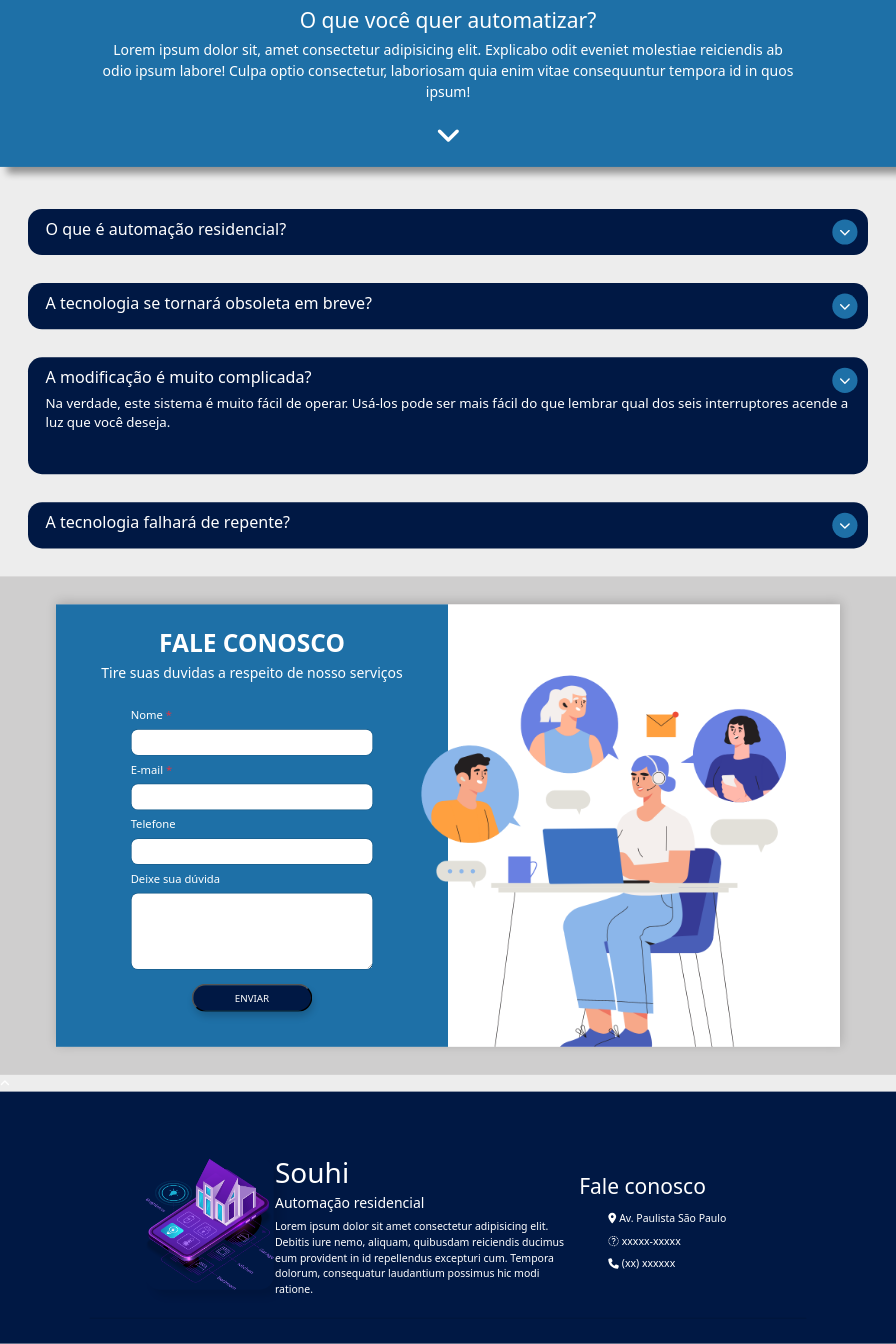
Repository: BulleST/SouHi_Institucional
Page: index.html
The author's editor kept a copy of each file at every save. The page is drawn from the files as they stood at one save, then again after the next save.
The browser window is 1280 px wide. The pictures show the part of the page from y = 1538 to 3458 px (the page is 3458 px tall), at 70% of full size.

Above is the page before, as saved 2022-11-04 16:12:07.

After the next save:
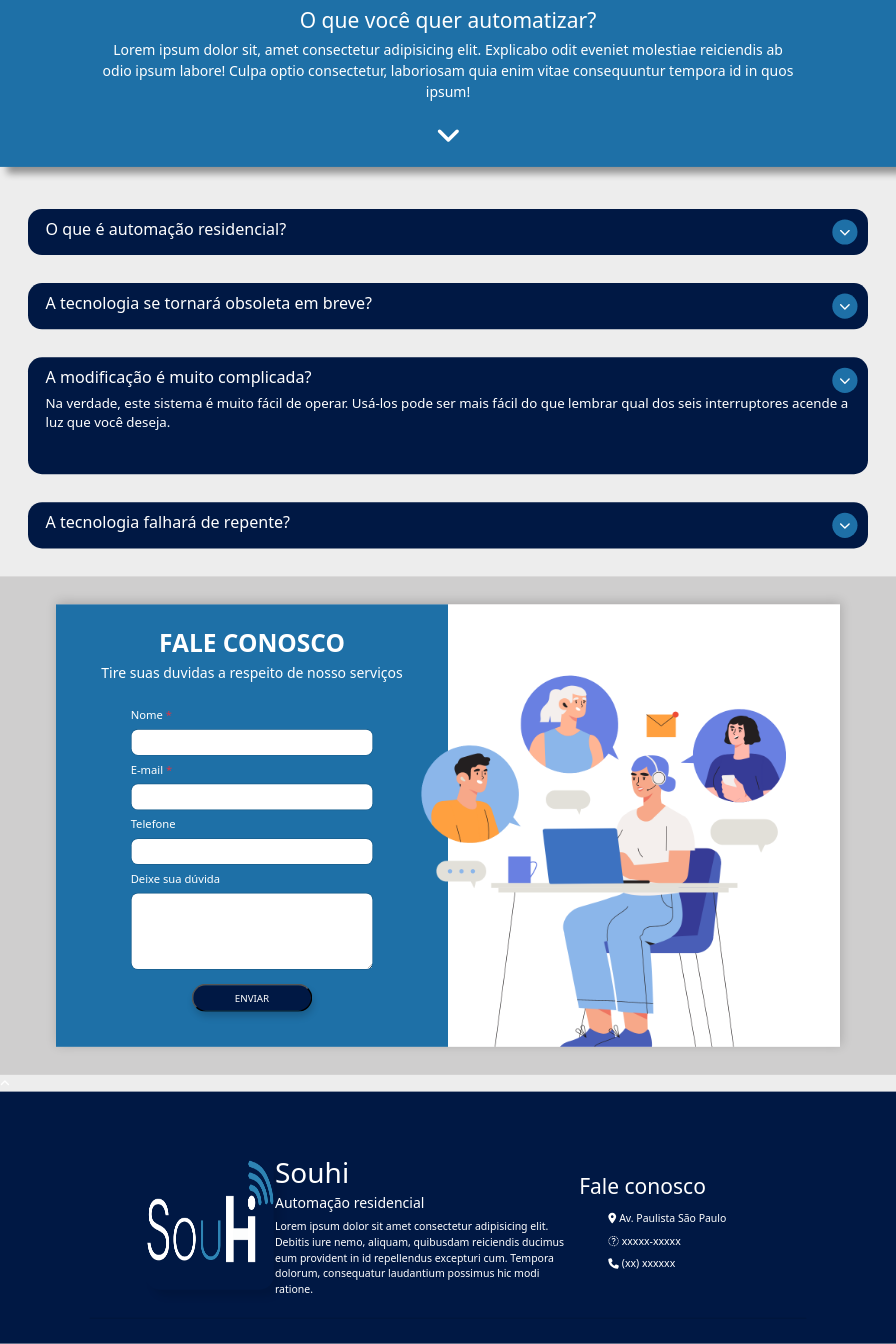
Saved 16 s later.
--- a/index.html
+++ b/index.html
@@ -364,7 +364,7 @@
     </div>
     <div class="footer-position">
       <div class="finalizacao">
-        <img src="img/login_image.png" alt="" class="footer-img">
+        <img src="img/logo_claro.png" alt="" class="footer-img">
         <div class="texto">
           <h1>Souhi</h1>
           <h2>Automação residencial</h2>
